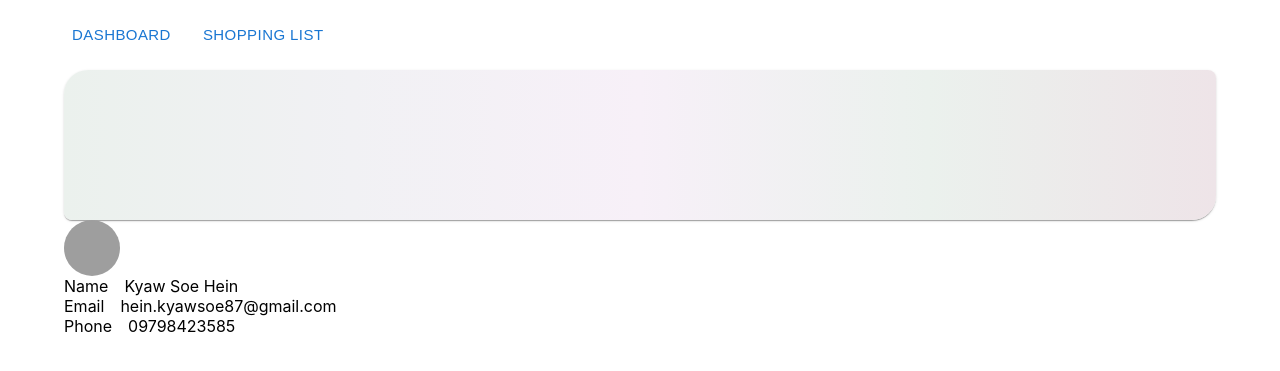
Repository: KyawSoeHein/GoogleAuthReact
Page: /
The author's editor kept a copy of each file at every save. The page is drawn from the files as they stood at one save, then again after the next save.
The browser window is 1280 px wide. The pictures show the whole page.
Pictures or frames that could not be fetched are drawn as grey boxes. The project was rebuilt for these pictures with package versions that can differ from the ones it lists, and the page was loaded fresh each time. Also part of the build but not shown: src/App.css.

Above is the page before, as saved 2022-02-14 19:32:42.

### src/index.tsx
import React from "react";
import ReactDOM from "react-dom";
import "./index.css";
import App from "./App";
import Dashboard from "./View/Dashboard";
import reportWebVitals from "./reportWebVitals";

ReactDOM.render(
  <React.StrictMode>
    <Dashboard />
  </React.StrictMode>,
  document.getElementById("root")
);

// If you want to start measuring performance in your app, pass a function
// to log results (for example: reportWebVitals(console.log))
// or send to an analytics endpoint. Learn more: https://bit.ly/CRA-vitals
reportWebVitals();

### src/View/Dashboard.tsx
import React from "react";
import { Container, Grid, Stack } from "@mui/material";
import MenuSelection from "../Components/MenuSelection";
import CoverAndProfilePhoto from "../Components/CoverAndProfilePhoto";

const Dashboard = () => {
  return (
    <Grid>
      <Container>
        <div style={{ marginTop: 16 }}>
          <MenuSelection />
        </div>

        <div style={{ marginTop: 16 }}>
          <CoverAndProfilePhoto />
        </div>

        <Stack direction={"row"} spacing={2}>
          <div>Name</div>
          <div>Kyaw Soe Hein</div>
        </Stack>

        <Stack direction={"row"} spacing={2}>
          <div>Email</div>
          <div>hein.kyawsoe87@gmail.com</div>
        </Stack>

        <Stack direction={"row"} spacing={2}>
          <div>Phone</div>
          <div>09798423585</div>
        </Stack>
      </Container>
    </Grid>
  );
};

export default Dashboard;

### src/Components/MenuSelection.tsx
import React from "react";
import { Button, Stack } from "@mui/material";
import "../App.css";

const MenuSelection = () => {
  const buttonFontSize = 15;

  return (
    <Stack direction={"row"} spacing={2}>
      <Button sx={{ fontSize: buttonFontSize, fontFamily: "sans-serif" }}>
        Dashboard
      </Button>
      <Button sx={{ fontSize: buttonFontSize, fontFamily: "sans-serif" }}>
        Shopping List
      </Button>
    </Stack>
  );
};

export default MenuSelection;

### src/Components/CoverAndProfilePhoto.tsx
import React from "react";
import { Avatar, Button, Paper, Stack } from "@mui/material";
import "../App.css";

const CoverAndProfilePhoto = () => {
  return (
    <div>
      <Paper
        elevation={1}
        sx={{
          height: 150,
          borderTopRightRadius: 8,
          borderTopLeftRadius: 24,
          borderBottomLeftRadius: 8,
          borderBottomRightRadius: 24,
          background:
            "linear-gradient(to right, rgb(235,241,237), rgb(241,241,244), rgb(247,240,248), rgb(235,241,237), rgb(238,228,232))",
        }}
      ></Paper>

      <Avatar
        alt="Remy Sharp"
        src="/static/images/avatar/1.jpg"
        sx={{ width: 56, height: 56 }}
      />
    </div>
  );
};

export default CoverAndProfilePhoto;

Loaded but not shown: public/index.html (common file); src/index.css (common file); src/reportWebVitals.ts (common file)

After the next save:
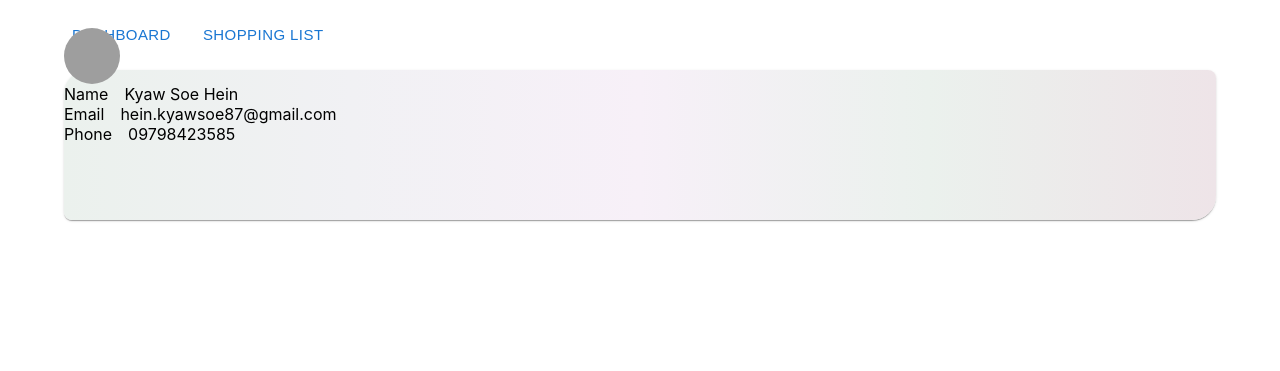
Saved 19 s later.
--- a/src/Components/CoverAndProfilePhoto.tsx
+++ b/src/Components/CoverAndProfilePhoto.tsx
@@ -21,7 +21,7 @@ const CoverAndProfilePhoto = () => {
       <Avatar
         alt="Remy Sharp"
         src="/static/images/avatar/1.jpg"
-        sx={{ width: 56, height: 56 }}
+        sx={{ width: 56, height: 56, marginTop: -24 }}
       />
     </div>
   );
